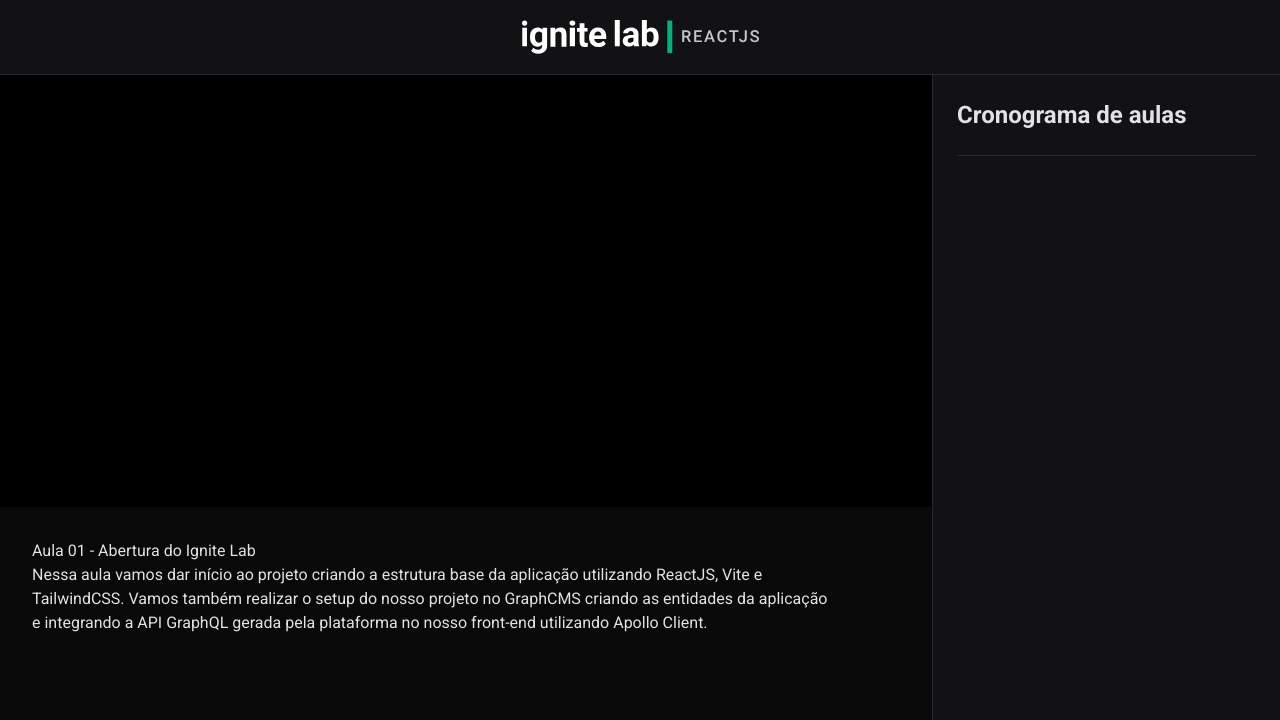
Repository: XFERRER7/Ignite-lab
Page: /
The author's editor kept a copy of each file at every save. The page is drawn from the files as they stood at one save, then again after the next save.
The browser window is 1280 px wide. The pictures show the whole page.
The page's requests for data from a server got no answer. The project was rebuilt for these pictures with package versions that can differ from the ones it lists, and the page was loaded fresh each time. No one was signed in, and anything a server would have sent is missing. Also part of the build but not shown: vite.config.ts, src/components/Lesson.tsx.

Above is the page before, as saved 2022-06-26 01:50:45.

After the next save:
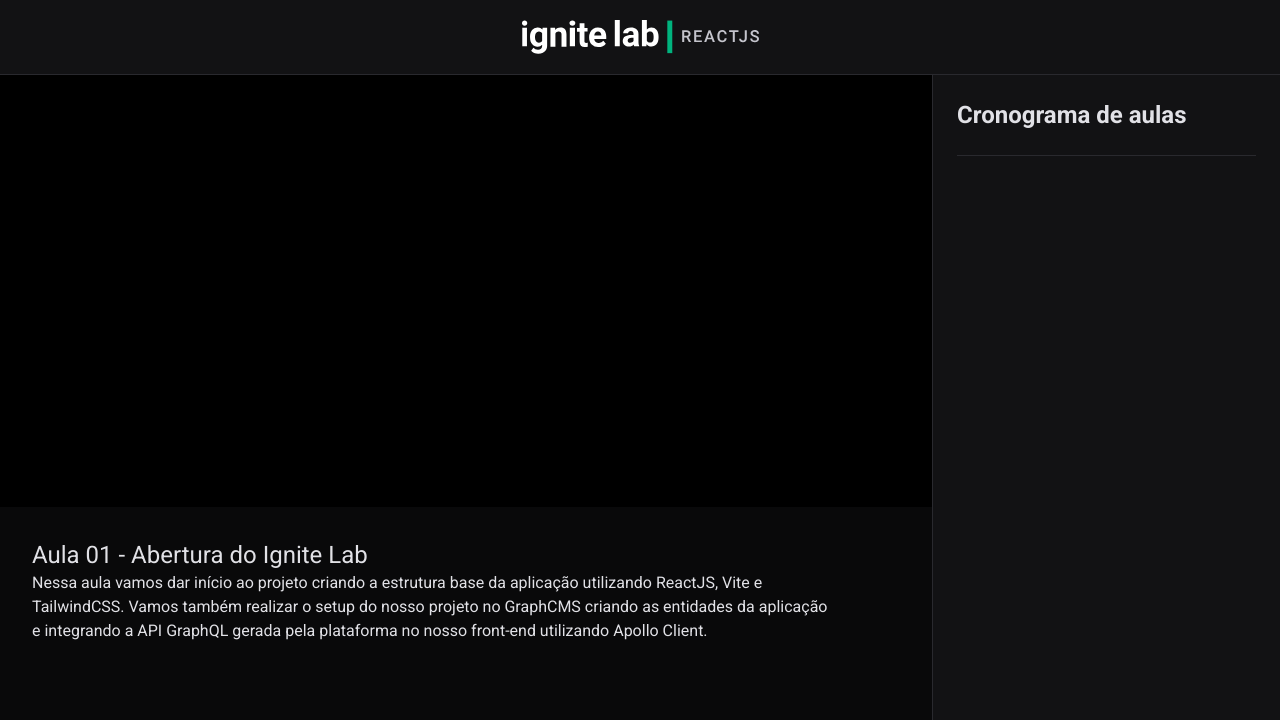
Saved 21 s later.
--- a/src/components/Video.tsx
+++ b/src/components/Video.tsx
@@ -11,7 +11,7 @@
 
         <div className='flex items-start gap-16'>
           <div className='flex-1'>
-            <h1>Aula 01 - Abertura do Ignite Lab</h1>
+            <h1 className='text-2xl font0'>Aula 01 - Abertura do Ignite Lab</h1>
             <p>
               Nessa aula vamos dar início ao projeto criando a estrutura base da aplicação
               utilizando ReactJS, Vite e TailwindCSS. Vamos também realizar o setup do nosso
